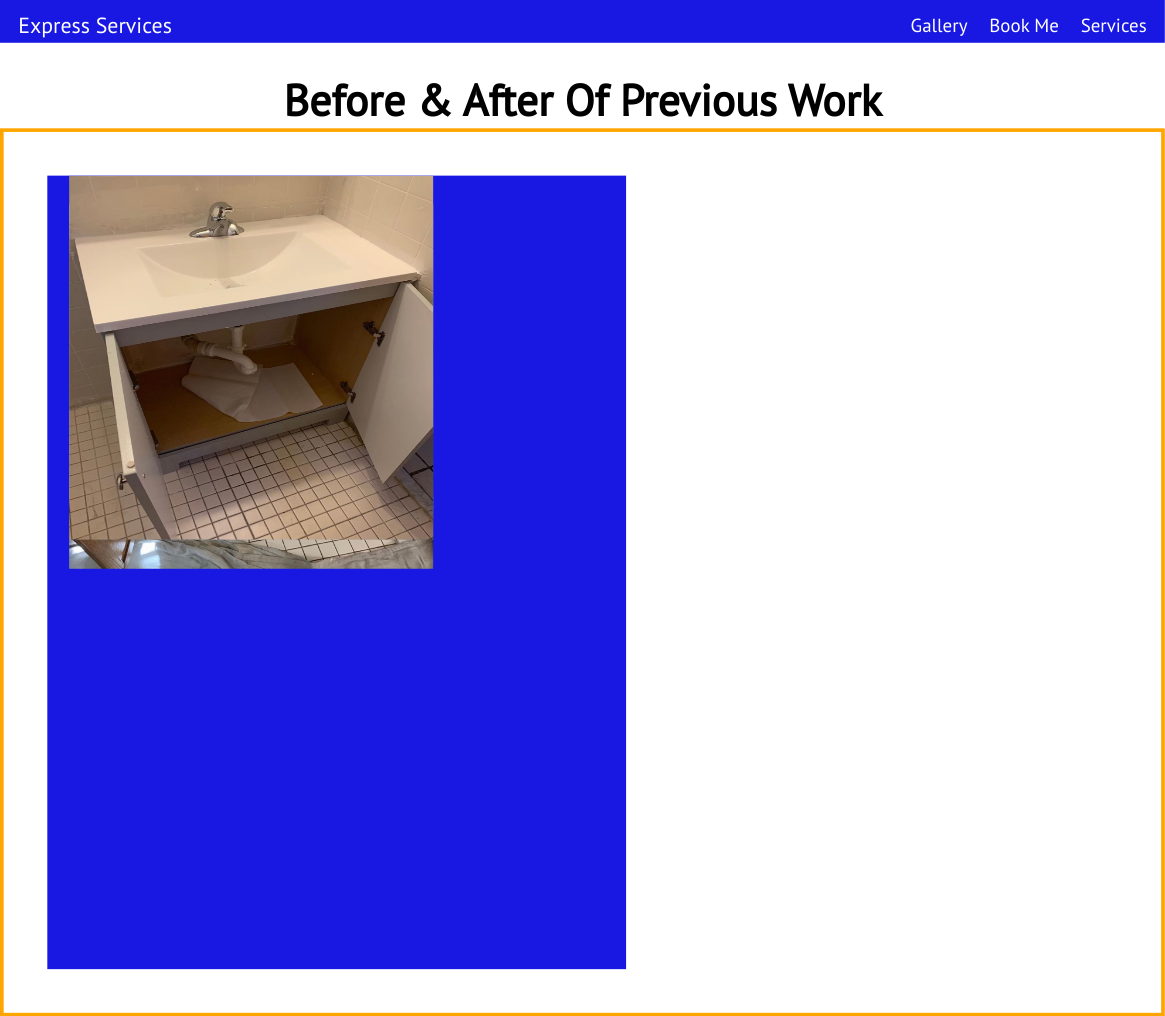
Repository: DrummerDee/mir-miami
Page: /Gallery (app in mr-miami/)
These files come from the project's save history. The page is drawn as it stood at one moment and after the next save; the edit follows.
The browser window is 1280 px wide. The pictures show the whole page, at 91% of full size.
The project was rebuilt for these pictures with package versions that can differ from the ones it lists, and the page was loaded fresh each time. Also part of the build but not shown: mr-miami/src/Styles/Services.css, mr-miami/src/Components/Services.js, mr-miami/src/Components/Homepage.js, mr-miami/src/Styles/Calendar.css, mr-miami/src/Styles/Times.css, mr-miami/src/Components/Times.js, mr-miami/src/Components/Time.js, mr-miami/src/Components/BookMe.js.

Above is the page before, as saved 2022-09-08 23:03:11.

### mr-miami/public/index.html
<!DOCTYPE html>
<html lang="en">
  <head>
    <meta charset="utf-8" />
    <link rel="icon" href="%PUBLIC_URL%/favicon.ico" />
    <meta name="viewport" content="width=device-width, initial-scale=1" />
    <meta name="theme-color" content="#000000" />
    <meta
      name="description"
      content="Web site created using create-react-app"
    />
    <link rel="apple-touch-icon" href="%PUBLIC_URL%/logo192.png" />
    <!--
      manifest.json provides metadata used when your web app is installed on a
      user's mobile device or desktop. See https://developers.google.com/web/fundamentals/web-app-manifest/
    -->
    <link rel="manifest" href="%PUBLIC_URL%/manifest.json" />
    <!--
      Notice the use of %PUBLIC_URL% in the tags above.
      It will be replaced with the URL of the `public` folder during the build.
      Only files inside the `public` folder can be referenced from the HTML.

      Unlike "/favicon.ico" or "favicon.ico", "%PUBLIC_URL%/favicon.ico" will
      work correctly both with client-side routing and a non-root public URL.
      Learn how to configure a non-root public URL by running `npm run build`.
    -->
    <title>Exotic Express Services</title>
  </head>
  <body>
    <noscript>You need to enable JavaScript to run this app.</noscript>
    <div id="root"></div>
    <!--
      This HTML file is a template.
      If you open it directly in the browser, you will see an empty page.

      You can add webfonts, meta tags, or analytics to this file.
      The build step will place the bundled scripts into the <body> tag.

      To begin the development, run `npm start` or `yarn start`.
      To create a production bundle, use `npm run build` or `yarn build`.
    -->
  </body>
</html>

### mr-miami/src/App.js
import './Styles/App.css';
import { BrowserRouter as Router, Routes, Route } from "react-router-dom";
import Navbar from "./Components/Navbar";
import Services from "./Components/Services";
import Homepage from "./Components/Homepage";
import Gallery from "./Components/Gallery";
import BookMe from "./Components/BookMe";




function App() {
  return (
    <Router>
      <Navbar />
      <Routes>
        <Route path="/" element={<Homepage />} />
        <Route path="/Gallery" element={<Gallery />} />
        <Route path="/Services" element={<Services />} />
        <Route path="/BookMe" element={<BookMe />} />
      </Routes>
    </Router>
  );
}

export default App;

### mr-miami/src/Styles/App.css
@import url('https://fonts.googleapis.com/css2?family=IBM+Plex+Sans:wght@300&family=PT+Sans&display=swap');
* {
  box-sizing: border-box;
  margin: 0;
  padding: 0;
  font-family: 'PT Sans','IBM Plex Sans', sans-serif;
}

/* Gallery Page */
.body > h1 {
  font-size: 3rem;
  text-align: center;
  margin-top: 2rem;
}

.wrapper {
  display: flex;
  flex-direction: row;
  align-items: center;
  margin: 0;
  padding: 0;
  border: 0.3rem solid orange;
}
.frame {
  margin: 3rem 3rem;
  width: 50%;
  height: 100%;
  background: rgb(24, 24, 226);
  padding: 2em 1.5em 2em 1.5em;
  position: relative;
  display: inline-block;
  overflow: hidden;
}
img{
  transition: all linear 0.7s;
}
.bottom{
  position:absolute;
  top: 0;
}

### mr-miami/src/Components/Navbar.js
import {Link } from 'react-router-dom'; //put this on every single routing page


// This isn't a homepage, just functionality for Navbar in the homepage
const Navbar = () => {
  return (
      <nav className="nav">
        <Link className="Home" to="/"> Express Services </Link>
        <ul>
          <li><Link to="/Gallery">Gallery</Link></li>
          <li><Link to="/BookMe">Book Me</Link></li>
          <li><Link to="/Services">Services</Link></li>
        </ul>
      </nav>
  );
}
export default Navbar;

### mr-miami/src/Components/Gallery.js
import React from "react";
import { LazyLoadImage } from 'react-lazy-load-image-component';
import sinkbefore from '../Assets/sinkbefore.jpeg';
import sinkafter from '../Assets/sinkafter.jpeg';
// import doorbefore from '../Assets/Doorbefore.jpeg';
// import doorafter from '../Assets/Doorafter.jpeg';
// import pavementbefore from '../Assets/pavementbefore.jpeg';
// import pavementafter from '../Assets/pavementafter.jpeg';
// import roofafter from '../Assets/roofafter.jpeg';
// import roofbefore from '../Assets/roofbefore.jpeg';



function Gallery() {
    return (
        <div className='body'>
            <h1> Before & After Of Previous Work </h1>
            <div className='wrapper'>
                <div className='frame'>
                        <LazyLoadImage
                            src={sinkbefore}
                            width={400}
                            height={400}
                            effect = 'blur'
                            alt='broken sink'
                            className="top"
                        />
                        <LazyLoadImage
                            src={sinkafter}
                            width={400}
                            height={400}
                            effect = 'blur'
                            alt='broken sink'
                            className="bottom"
                        />
                    </div>
                {/* <div className='frame'>
                <LazyLoadImage
                            src={sinkafter}
                            width={400}
                            height={400}
                            effect = 'blur'
                            alt='broken sink'
                        />
                    </div> */}
                </div>
                </div>
    );
}










export default Gallery

### mr-miami/src/Styles/Homepage.css
* {
  box-sizing: border-box;
  margin: 0;
  padding: 0;
}

.homeBody {
  position: relative;
  height: 95vh;
  overflow: hidden;
}

.nav {
  background-color: rgb(24, 24, 226);
  color: white;
  display: flex;
  justify-content: space-between;
  align-items: stretch;
  gap: 2rem;
  padding: 0 1rem;
  padding-top: 0.5rem;
  font-size: 1.3rem;
}

.nav ul {
  padding: 0%;
  margin: 0;
  list-style: none;
  display: flex;
  gap: 1rem;
}

.Home {
  font-size: 1.5rem;
}

.nav a {
  display: flex;
  align-items: center;
  color: inherit;
  text-decoration: none;
  height: 100%;
  padding: 0.25rem;
}

.nav li:hover {
  border-top: white 0.2rem solid;
  transition: all 0.3s ease-out;
  padding: 0.25rem;
}

.home {
  display: flex;
  flex-direction: column;
  justify-content: center;
  align-items: center;
}

.homeBody .text {
  background-image: url('../Assets/background.png');
  background-repeat: no-repeat;
  background-size: cover;
  height: 100vh;
  color: white;
  display: flex;
  flex-direction: column;
  align-items: center;
  font-weight: 300;
}

.homeBody .text .homeMainText {
  color: white;
  border-top: 0.4rem solid black;
  border-bottom: 0.4rem solid black;
  font-size: 5rem;
  padding: 0.5rem 0 0.5rem 0;
  margin-top: 6.5rem;
}

.homeBody .text>h3 {
  font-size: 1.2rem;
  padding-top: 2rem;
}

.homeBody .text>h4 {
  font-size: 1.5rem;
  margin: 0;
}

.homeBody .text>p {
  margin-top: 15rem;
  font-size: 1.5rem;
  font-weight: 600;
}

Loaded but not shown: mr-miami/src/index.js (common file); mr-miami/src/reportWebVitals.js (common file)

After the next save:
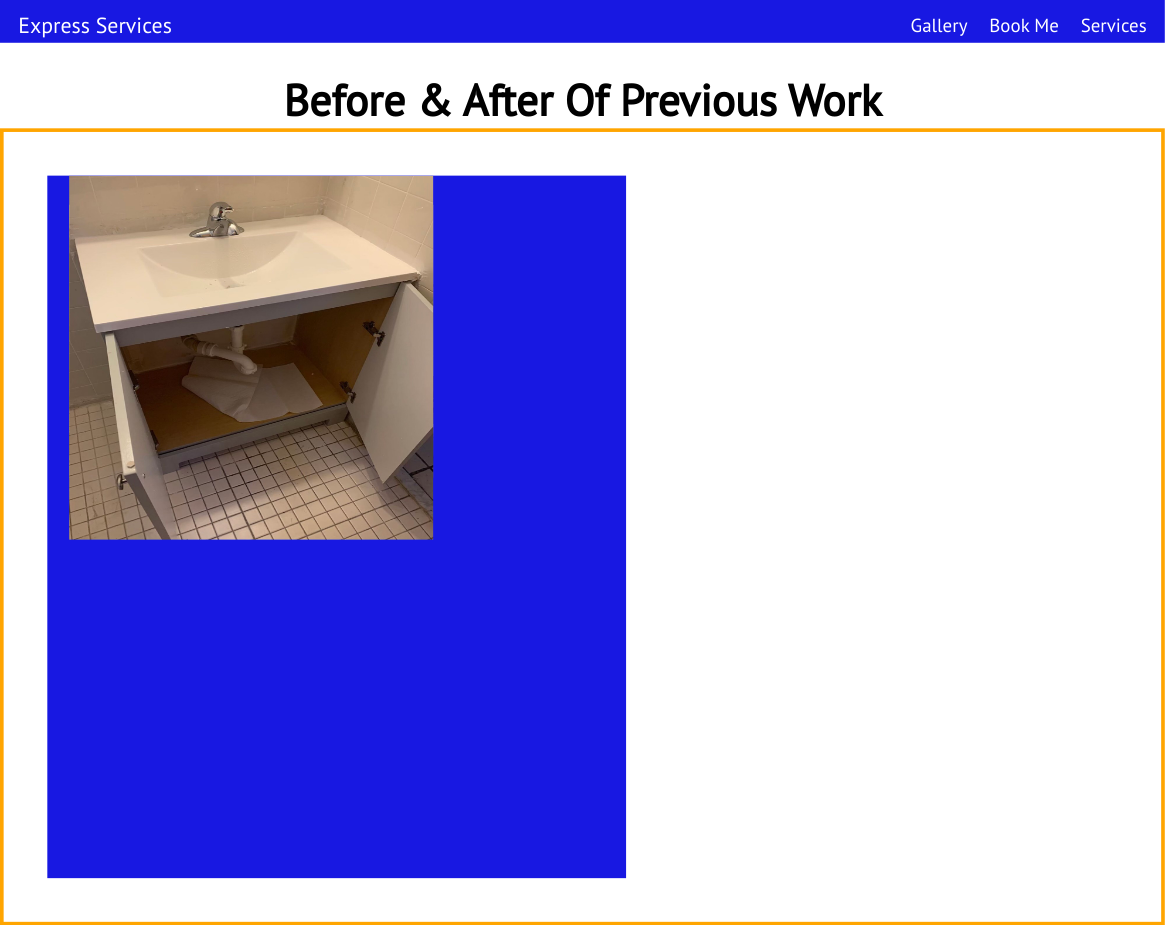
Saved 42 s later.
--- a/mr-miami/src/Components/Gallery.js
+++ b/mr-miami/src/Components/Gallery.js
@@ -20,7 +20,7 @@ function Gallery() {
                         <LazyLoadImage
                             src={sinkbefore}
                             width={400}
-                            height={400}
+                            height={300}
                             effect = 'blur'
                             alt='broken sink'
                             className="top"
